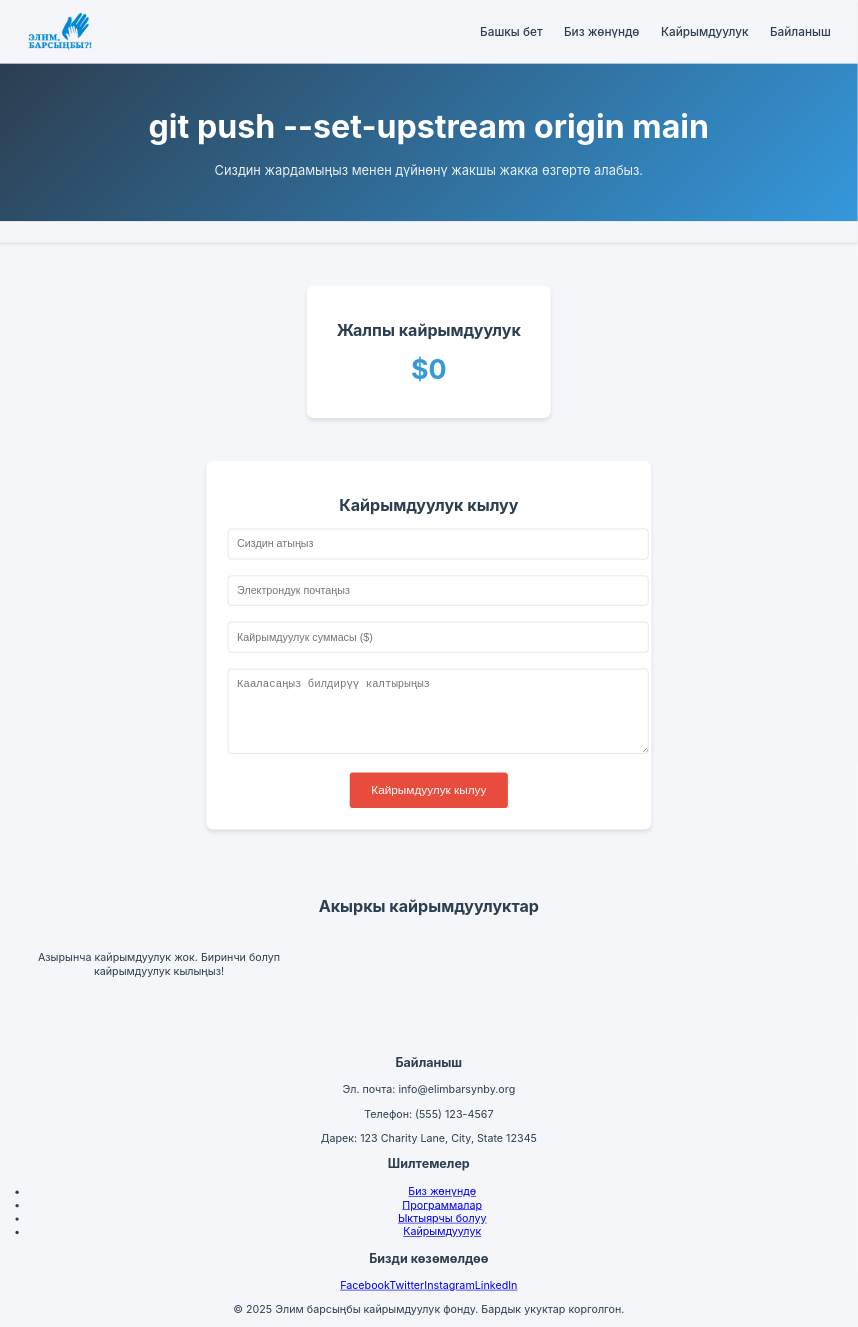
Repository: krmvz/elimbarsynby-
Page: / (app in elim-barsynby-charity/)
An editor plug-in stored every save of this project. The page is shown before and after a run of saves, followed by the edit.
The browser window is 1280 px wide. The pictures show the whole page, at 67% of full size.
The page's requests for data from a server got no answer. The project was rebuilt for these pictures with package versions that can differ from the ones it lists, and the page was loaded fresh each time. No one was signed in, and anything a server would have sent is missing.

Above is the page before, as saved 2025-06-17 19:28:48.

After the next 2 saves:
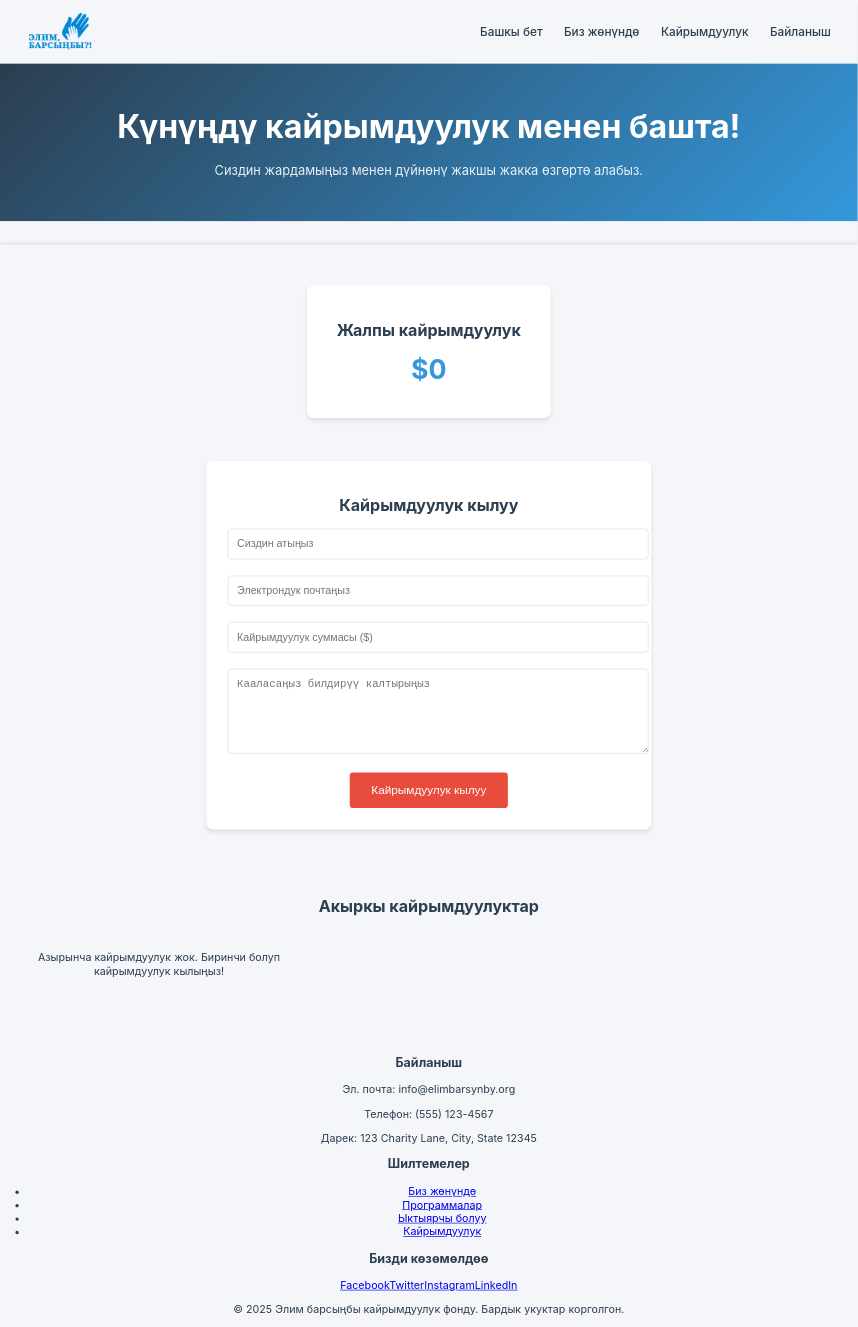
The 2 saves are shown as one change because they came seconds apart.
The last was saved 12 s later.
--- a/elim-barsynby-charity/src/components/Header.tsx
+++ b/elim-barsynby-charity/src/components/Header.tsx
@@ -18,7 +18,7 @@ const Header: React.FC = () => {
       </div>
 
       <div className="hero">
-        <h1>git push --set-upstream origin main</h1>
+        <h1>Күнүңдү кайрымдуулук менен башта!</h1>
         <p>Сиздин жардамыңыз менен дүйнөнү жакшы жакка өзгөртө алабыз.</p>
       </div>
     </header>
